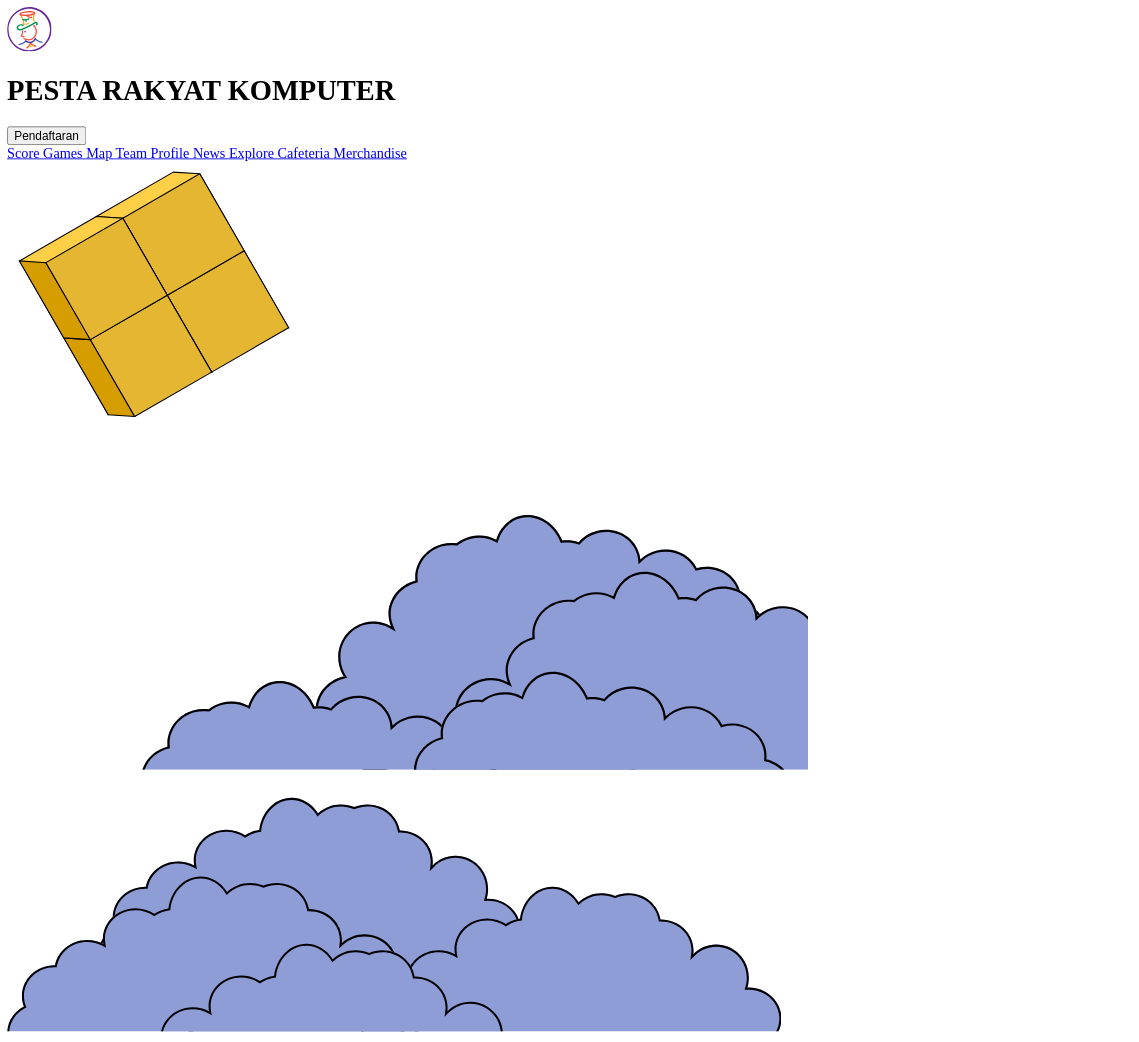
Repository: risalstrr/RegistPerak
Page: /
The author's editor kept a copy of each file at every save. The page is drawn from the files as they stood at one save, then again after the next save.
The browser window is 1280 px wide. The pictures show the whole page, at 89% of full size.
The project was rebuilt for these pictures with package versions that can differ from the ones it lists, and the page was loaded fresh each time. The framework's server and built-in components were replaced by stand-ins that run in the browser. Also part of the build but not shown: next.config.js.

Above is the page before, as saved 2021-12-29 19:13:15.

After the next save:
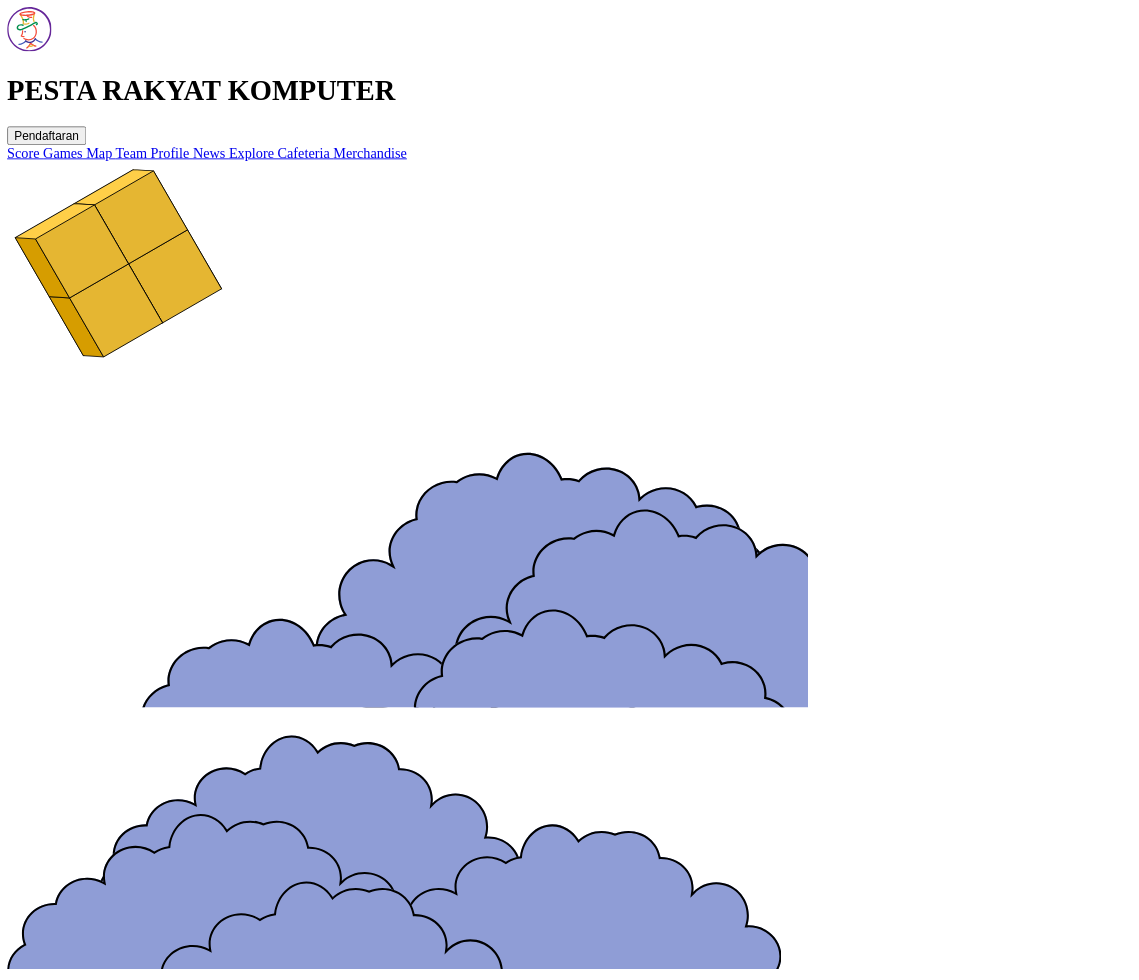
Saved 20 s later.
--- a/pages/index.js
+++ b/pages/index.js
@@ -63,8 +63,8 @@
         div className = 'absolute top-40 right-80' >
         <
         Image src = "/kuning.svg"
-        width = { 330 }
-        height = { 300 }
+        width = { 250 }
+        height = { 230 }
         alt = "kuning" /
         >
         <

After the save that followed:
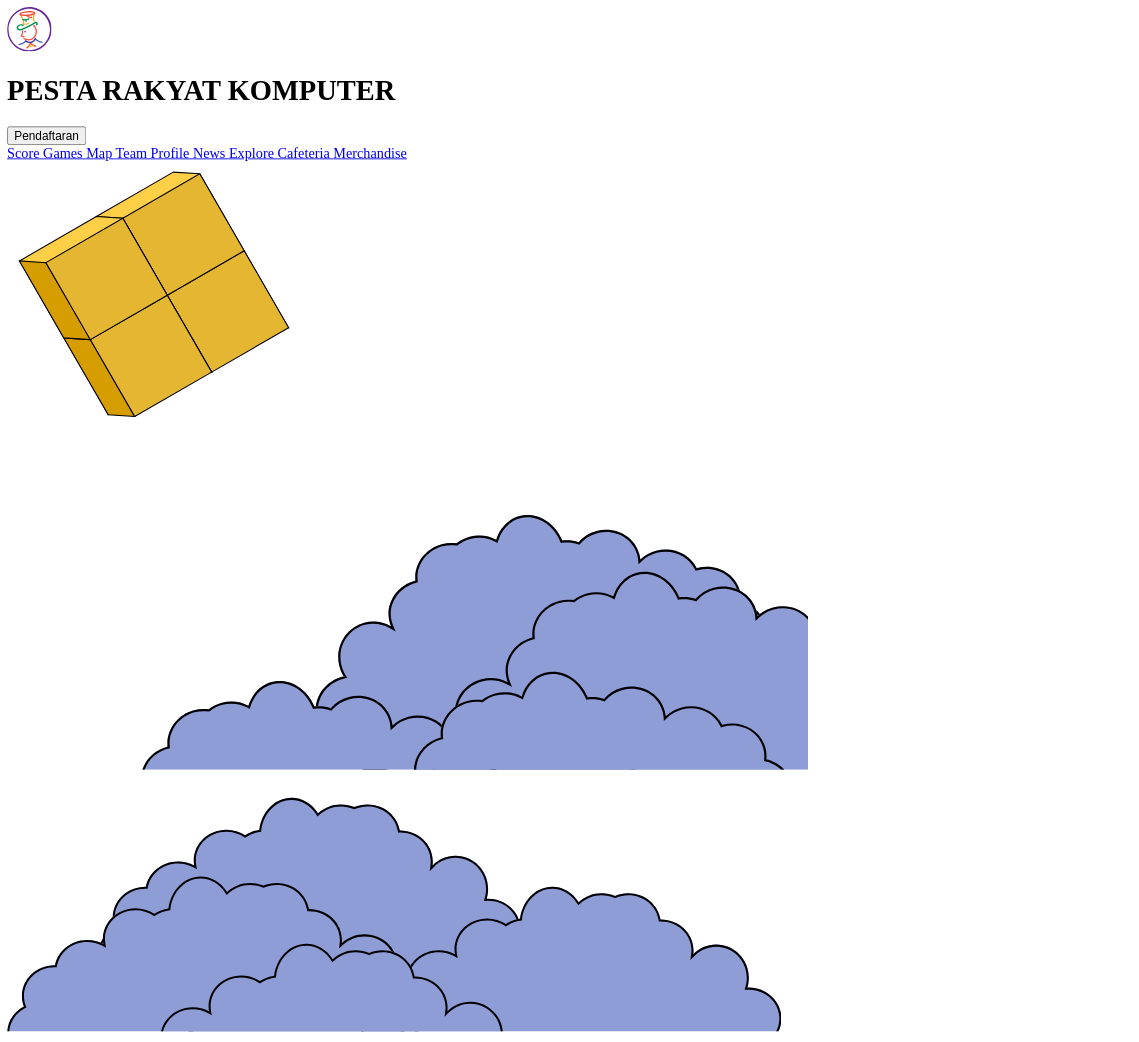
Saved 15 s later.
--- a/pages/index.js
+++ b/pages/index.js
@@ -63,8 +63,8 @@
         div className = 'absolute top-40 right-80' >
         <
         Image src = "/kuning.svg"
-        width = { 250 }
-        height = { 230 }
+        width = { 330 }
+        height = { 300 }
         alt = "kuning" /
         >
         <
